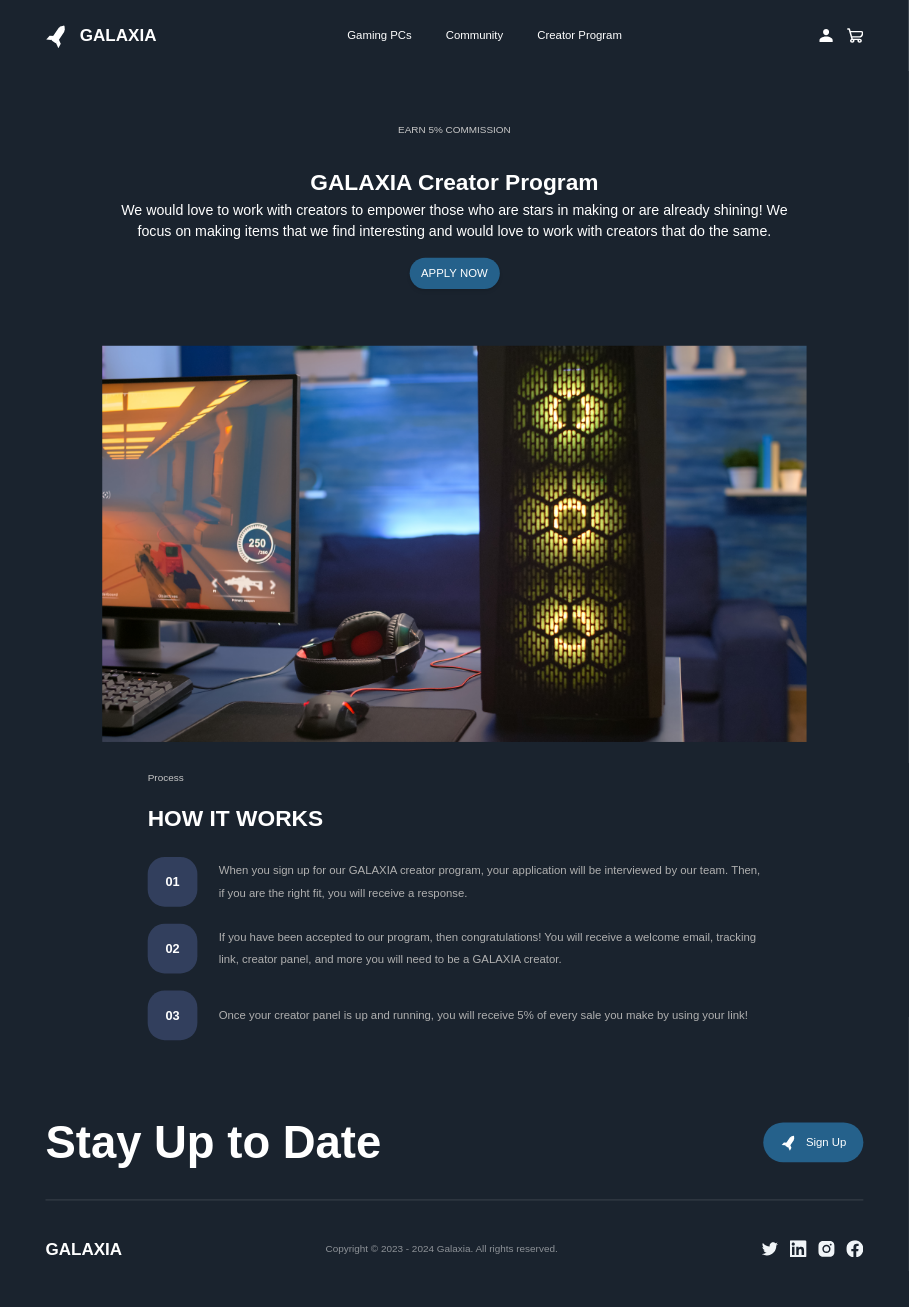
Repository: kaitlynlie/galaxia_pcs
Page: /creator
An editor plug-in stored every save of this project. The page is shown before and after the next save, followed by the edit.
The browser window is 1280 px wide. The pictures show the whole page, at 71% of full size.
Some web fonts or font styles are not loaded; a fallback is used. The project was rebuilt for these pictures with package versions that can differ from the ones it lists, and the page was loaded fresh each time. Also part of the build but not shown: vite.config.js, components/Button.jsx, components/PCcard.jsx, sections/Hero.jsx, sections/Triton.jsx, sections/Neptune.jsx, sections/Jupiter.jsx, sections/WhyUs.jsx and 7 more. Imported but missing from the stored project, and not drawn on this page: src/assets/video.mp4.

Above is the page before, as saved 2023-08-08 18:48:00.

After the next save:
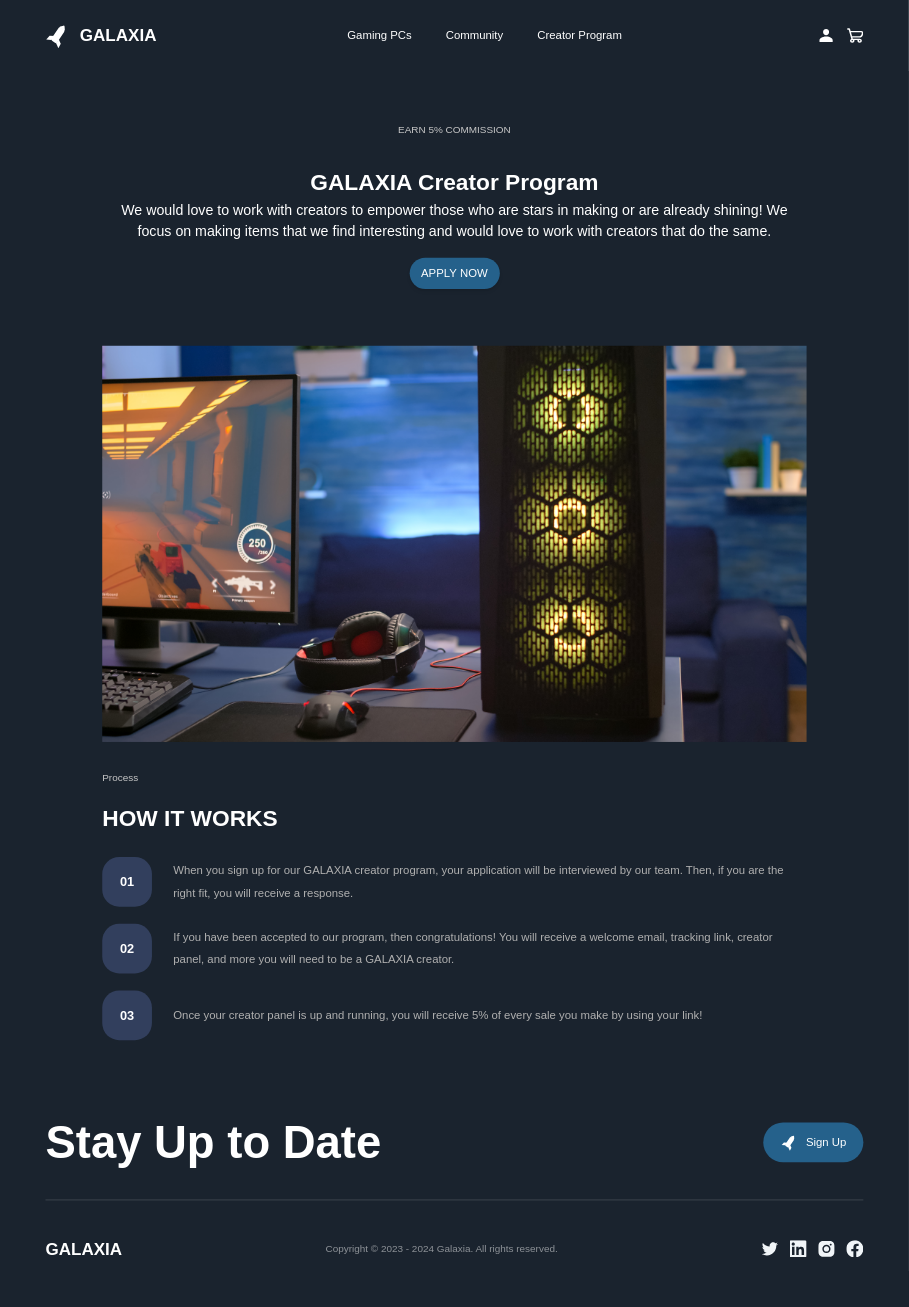
Saved 45 s later.
--- a/sections/Program.jsx
+++ b/sections/Program.jsx
@@ -26,7 +26,7 @@
                 src='/creator.jpg'
                 alt='creator'
             />
-            <div className={`px-16 w-full relative mt-10`}>
+            <div className={'max-w-[775px]:px-16 w-full relative mt-10'}>
                 <TypingText title="Process" />
                 <TitleText title={<>HOW IT WORKS</>} />
                 <div className="mt-[31px] flex flex-wrap items-center justify-start gap-[24px]">

After the 3 saves that followed:
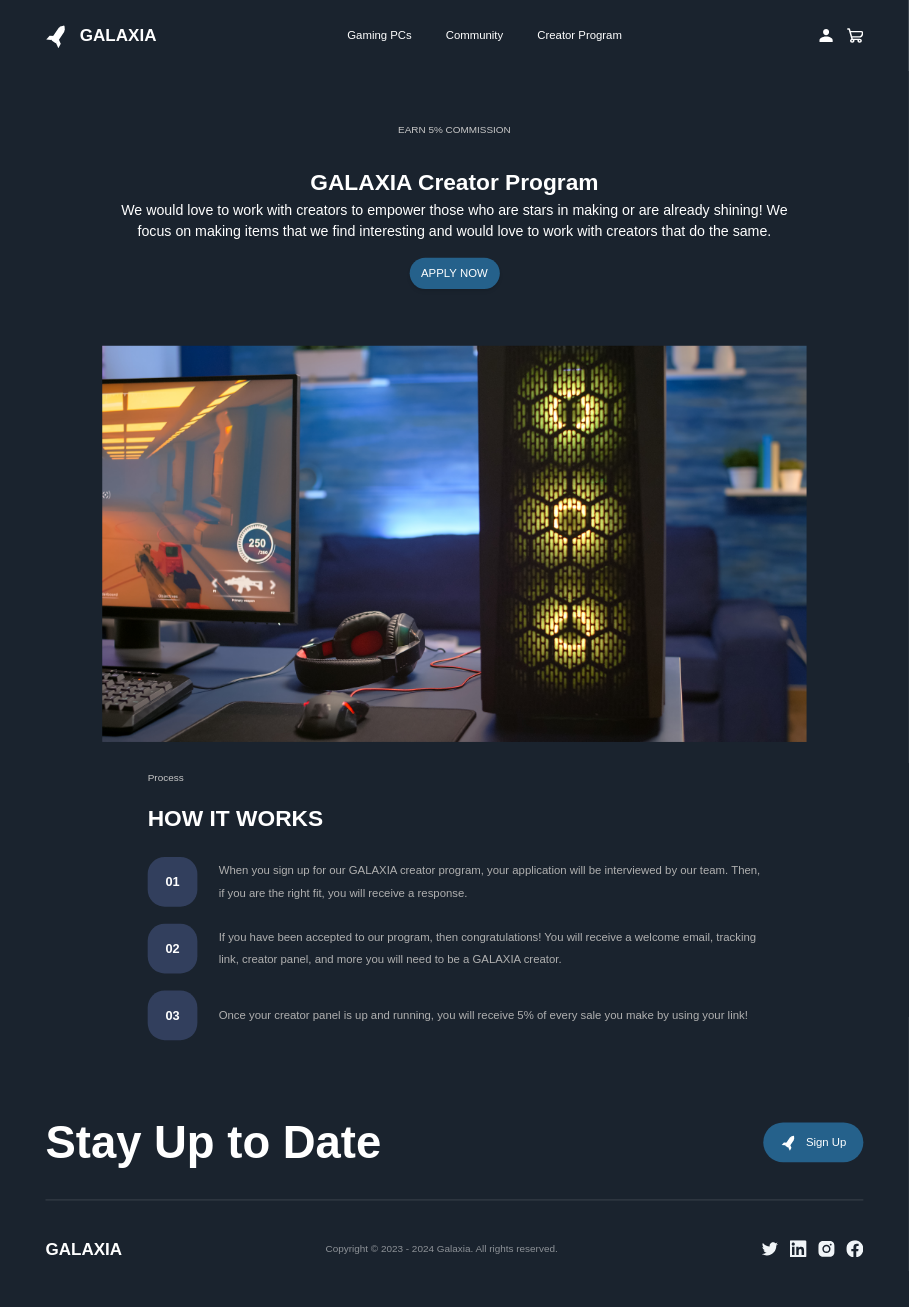
The 3 saves are shown as one change because 2 left the picture as it was.
The last was saved 64 s later.
--- a/sections/Program.jsx
+++ b/sections/Program.jsx
@@ -26,7 +26,7 @@
                 src='/creator.jpg'
                 alt='creator'
             />
-            <div className={'max-w-[775px]:px-16 w-full relative mt-10'}>
+            <div className={'max-[775px]:px-0 px-16 w-full relative mt-10'}>
                 <TypingText title="Process" />
                 <TitleText title={<>HOW IT WORKS</>} />
                 <div className="mt-[31px] flex flex-wrap items-center justify-start gap-[24px]">
